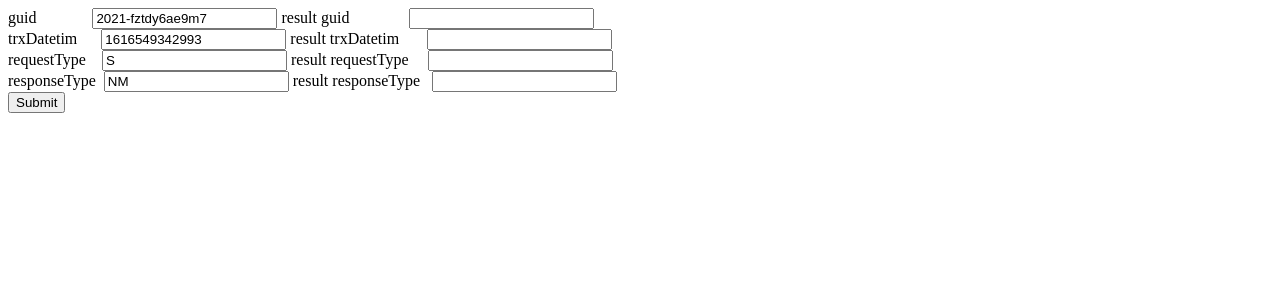
Repository: kchan75/kakaobank
Page: inserver/src/main/resources/static/index.html
The author's editor kept a copy of each file at every save. The page is drawn from the files as they stood at one save, then again after the next save.
The browser window is 1280 px wide. The pictures show the whole page.

Above is the page before, as saved 2021-03-24 04:00:17.

### inserver/src/main/resources/static/index.html
<html>
<head>
<title>test</title>
<script language="javascript">
	function setData(){
		  var time= new Date(); //시간받기위해서 new date
		  document.getElementById("trxDatetim").value=time.getTime();
		  document.getElementById("guid").value=time.getFullYear() + "-"+  Math.random().toString(36).substr(2,11);
		}
</script>
</head>

<body >
	<form id="formElem">
		<label> guid&nbsp; &nbsp; &nbsp; &nbsp; &nbsp;&nbsp; &nbsp;&nbsp; </label><input type="text" name="guid" id="guid" value="2021-fztdy6ae9m7">
		<label> result guid&nbsp;&nbsp;&nbsp;&nbsp;&nbsp;&nbsp; &nbsp; &nbsp; &nbsp;&nbsp;&nbsp;&nbsp;</label><input type="text" name="rGuid" id="rGuid" value="">
		<br/>
		<label> trxDatetim &nbsp; &nbsp;&nbsp; </label> <input type="text" name="trxDatetim" id="trxDatetim" value="1616549342993">
		<label> result trxDatetim &nbsp;&nbsp;&nbsp;&nbsp;&nbsp;</label> <input type="text" name="rTrxDatetim" id="rTrxDatetim" value="">
		<br/>
		<label> requestType&nbsp; &nbsp; </label> <input type="text" name="requestType" value="S">
		<label> result requestType &nbsp; &nbsp; </label> <input type="text" name="rRequestType" id="rRequestType" >
		<br/>
		<label> responseType&nbsp;  </label> <input type="text" name="responseType" value="NM">
		<label> result responseType &nbsp;  </label> <input type="text" name="rResponseType" id="rResponseType">
		<br/>
		<input type="submit" onclick="setData()">
	</form>
	<div id="send"></div>
	<div id="divCommon"></div>
	<div id="divBiz"></div>
</body>

<script>
    formElem.onsubmit = async (e) => {
      e.preventDefault();
      var form = document.querySelector("#formElem");
     // var form = document.forms[0];


        data = {
          "common":
          {
        	  guid : form.querySelector('input[name="guid"]').value,
        	  trxDatetim : form.querySelector('input[name="trxDatetim"]').value,
        	  requestType : form.querySelector('input[name="requestType"]').value,
        	  responseType : form.querySelector('input[name="responseType"]').value
          },
	      "biz":
	      {
	      	  service : "testService",
	      	  inputData : "INDATA",
	      	  outputData : "OUTDATA"
	      }
        }
		document.querySelector("#send").innerText=JSON.stringify(data.common)

        let response = fetch('http://localhost:8080/kchan', {
                method: 'POST', // or 'PUT'
                headers: {
                    'Content-Type': 'application/json',
                    'Access-Control-Allow-Origin':'*'
                },
                body: JSON.stringify(data),
        }).then(response => response.json())
          .then(data => {
        	  //document.querySelector("#div").innerHTML = data;
        	  //console.log(data.common.guid);
        	  //console.log(data.common.trxDatetim);
        	  //console.log(data.common.requestType);
        	  //console.log(data.common.responseType);
        	  document.getElementById("rGuid").value=data.common.guid
        	  document.getElementById("rTrxDatetim").value=data.common.trxDatetim
        	  document.getElementById("rRequestType").value=data.common.requestType
        	  document.getElementById("rResponseType").value=data.common.responseType
        	  document.querySelector("#divCommon").innerText=JSON.stringify(data.common)
        	  document.querySelector("#divBiz").innerText=JSON.stringify(data.biz)
          })

    };
</script>
</html>

After the next save:
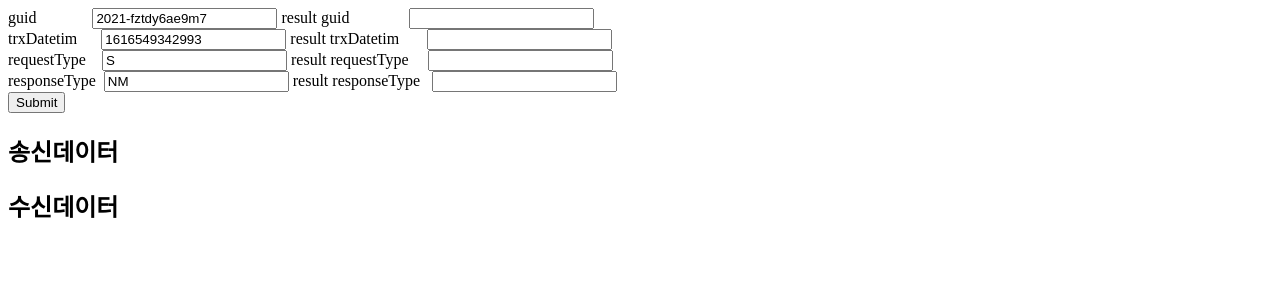
Saved 32 s later.
--- a/inserver/src/main/resources/static/index.html
+++ b/inserver/src/main/resources/static/index.html
@@ -26,7 +26,11 @@
 		<br/>
 		<input type="submit" onclick="setData()">
 	</form>
-	<div id="send"></div>
+	<h2>송신데이터</h2>
+	<div id="sendCommon"></div>
+	<div id="sendCommon"></div>
+
+	<h2>수신데이터</h2>
 	<div id="divCommon"></div>
 	<div id="divBiz"></div>
 </body>
